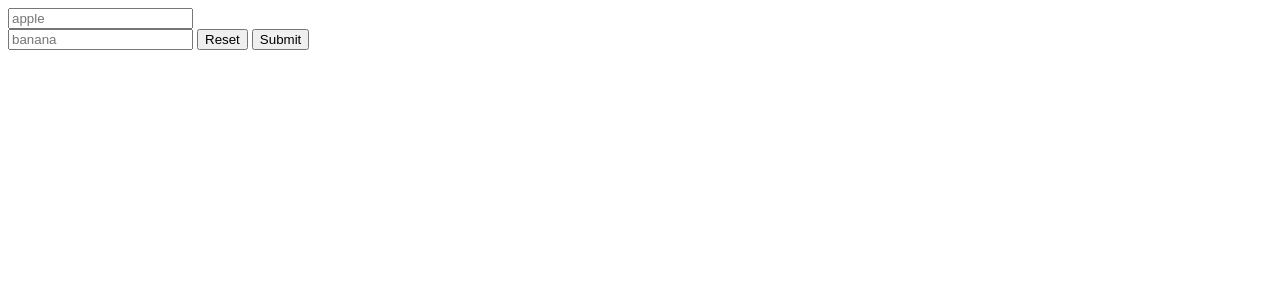
Repository: dev-leeJin/jsp-practice
Page: http://localhost/JSPBasic/JspObject/1.requests/req_param_send.jsp
These files come from the project's save history. The page is drawn as it stood at one moment and after the next save; the edit follows.
The browser window is 1280 px wide. The pictures show the whole page.
The page is served by Tomcat 9.

Above is the page before, as saved 2022-02-03 06:13:39.

After the next save:
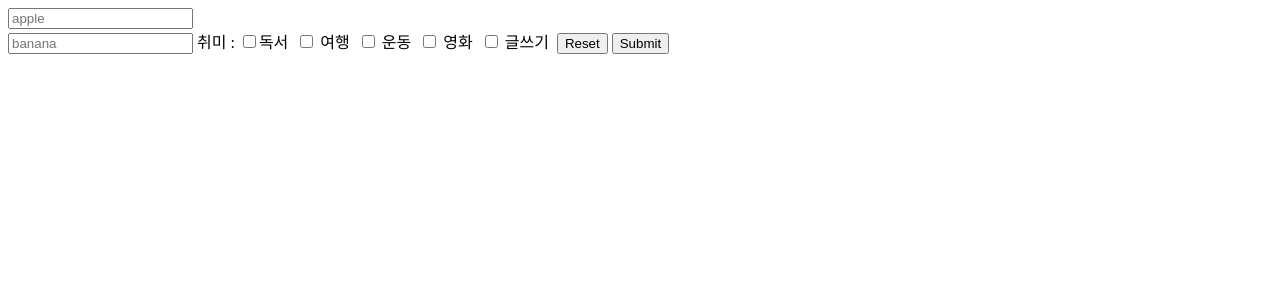
Saved 1 s later.
--- a/JSPBasic/src/main/webapp/JspObject/1.requests/req_param_send.jsp
+++ b/JSPBasic/src/main/webapp/JspObject/1.requests/req_param_send.jsp
@@ -18,6 +18,15 @@
 <form action="req_param_getpost.jsp" method="get">
 	<input type="text" name="apple" placeholder="apple"/> <br/>
 	<input type="password" name="banana" placeholder="banana"/>
+
+	취미 :
+	<input type="checkbox" name="hobby" />독서&nbsp; <%--nbsp는 띄어쓰기다.  --%>
+	<input type="checkbox" name="hobby"/> 여행&nbsp;
+	<input type="checkbox" name="hobby"/> 운동&nbsp;
+	<input type="checkbox" name="hobby"/> 영화&nbsp;
+	<input type="checkbox" name="hobby"/> 글쓰기&nbsp;
+
+
 	<input type="reset"/>
 	<input type="submit"/>
 </form> <!-- 아무것도 넣지 않으면 get방식으로 들어간다. -->
